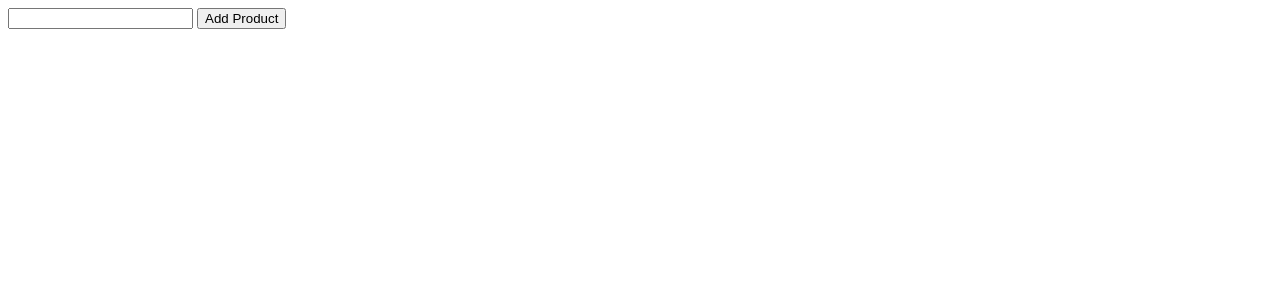
Repository: XavierJordaMurria/shop-assistance
Page: views/add-product.html
An editor plug-in stored every save of this project. The page is shown before and after a run of saves, followed by the edit.
The browser window is 1280 px wide. The pictures show the whole page.

Above is the page before, as saved 2021-01-14 08:03:09.

After the next 3 saves:
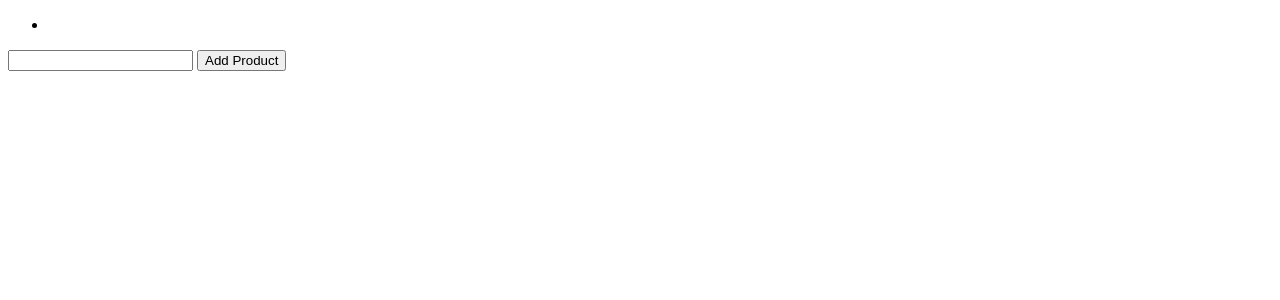
The 3 saves are shown as one change because they came seconds apart.
The last was saved 11 s later.
--- a/views/add-product.html
+++ b/views/add-product.html
@@ -8,7 +8,11 @@
 <body>
     <header>
         <nav>
+            <ul>
+                <li>
 
+                </li>
+            </ul>
         </nav>
     </header>
     <form action="/admin/add-product", method="POST">
